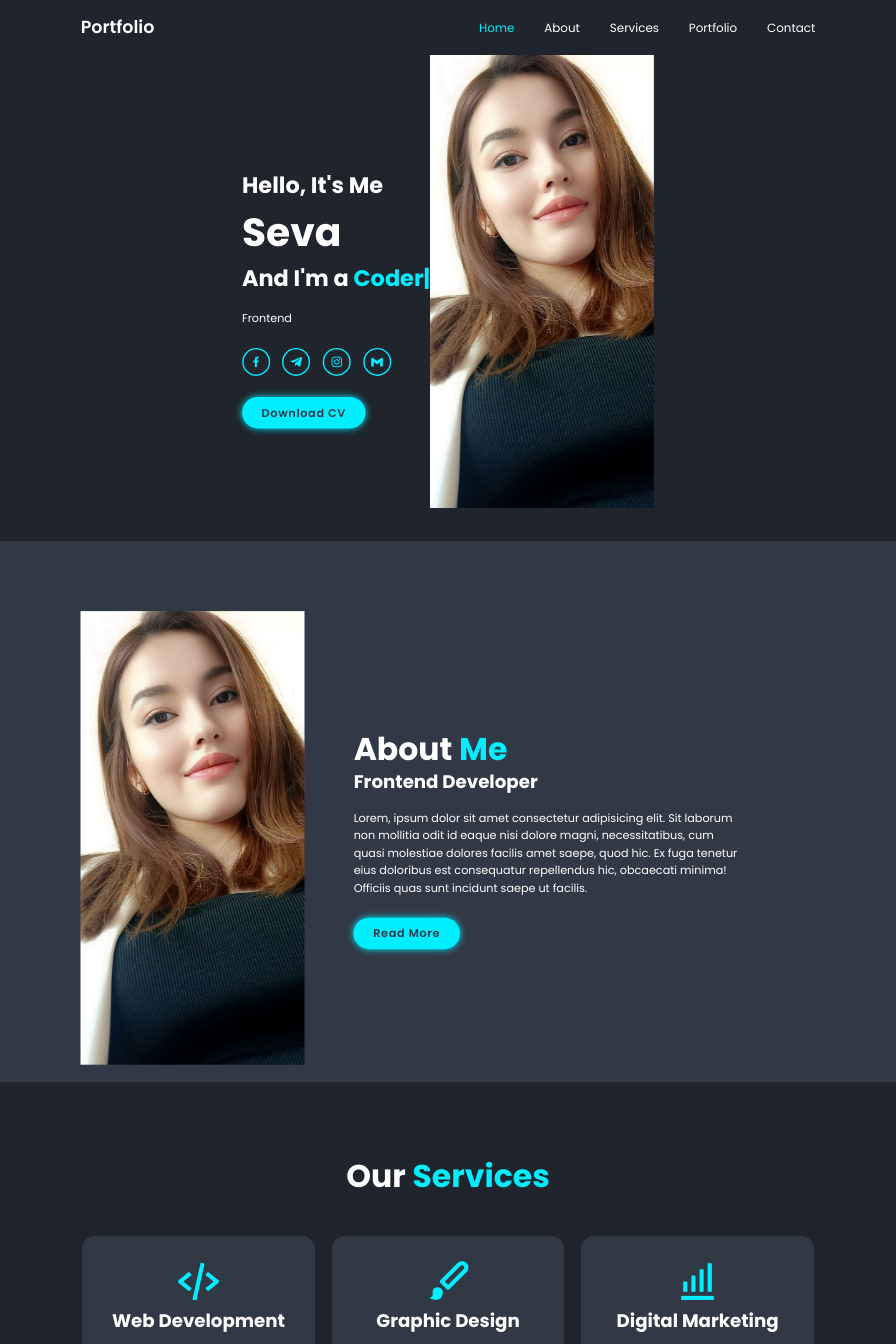
Repository: Seva2705/portfolio
Page: index.html
These files come from the project's save history. The page is drawn as it stood at one moment and after the next save; the edit follows.
The browser window is 1280 px wide. The pictures show the part of the page from y = 0 to 1920 px (the page is 3816 px tall), at 70% of full size.
A picture or video elsewhere on the page could not be fetched, so the positions and the page height are approximate.

Above is the page before, as saved 2023-10-21 00:10:35.

### index.html
<!DOCTYPE html>
<html lang="en">
<head>
    <meta charset="UTF-8">
    <meta http-equiv="X-UA-Compatible" content="IE=edge">
    <meta name="viewport" content="width=device-width, initial-scale=1.0">
    <title>Personal Portfolio</title>
     <!-- Boxicons styles -->
    <link href='https://unpkg.com/boxicons@2.1.4/css/boxicons.min.css' rel='stylesheet'>

    <!-- Css -->
    <link rel="stylesheet" href="style.css">
</head>
<body>
    <header class="header">
        <a href="" class="logo">Portfolio</a>

        <i class='bx bx-menu' id="menu-icon"></i>

        <nav class="navbar">
            <a href="#home" class="active">Home</a>
            <a href="#about">About</a>
            <a href="#services">Services</a>
            <a href="#portfolio">Portfolio</a>
            <a href="#contact">Contact</a>
        </nav>
    </header>

    <!-- Home section design -->
    <section class="home" id="home">
        <div class="home-content">
            <h3>Hello, It's Me</h3>
            <h1>Seva</h1>
            <h3>And I'm a <span class="multiple-text"></span></h3>
            <p class="description">Frontend </p>
            <div class="social-media">
                <a href="https://www.facebook.com/profile.php?id=100076166348458"><i class='bx bxl-facebook'></i></a>
                <a href="https://t.me/Seva_2705"><i class='bx bxl-telegram'></i></a>
                <a href="https://www.instagram.com/seva___027"><i class='bx bxl-instagram'></i></a>
                <a href="mailto:sevakodirova2705@mail.ru"><i class='bx bxl-gmail'></i></a>
            </div>
            <a href="images/Кодирова Севинч Гайратовна(Web).pdf" class="btn"> Download CV</a>
        </div>
        <div class="home-img">
            <img src="images/2.jpg" alt="" class="image">
        </div>
    </section>

    <!-- About section design -->
    <section class="about" id="about">
        <div class="about-img">
            <img src="images/2.jpg" alt="">
        </div>
        <div class="about-content">
            <h2 class="heading">About <span>Me</span></h2>
            <h3>Frontend Developer</h3>
            <p>Lorem, ipsum dolor sit amet consectetur adipisicing elit. Sit laborum non mollitia odit id eaque nisi dolore magni, necessitatibus, cum quasi molestiae dolores facilis amet saepe, quod hic. Ex fuga tenetur eius doloribus est consequatur repellendus hic, obcaecati minima! Officiis quas sunt incidunt saepe ut facilis.</p>
            <a href="#" class="btn">Read More</a>
        </div>
    </section>

    <!-- services section design -->
    <section class="services" id="services">
        <h2 class="heading">Our <span>Services</span></h2>

        <div class="services-container">
            <div class="services-box">
                <i class='bx bx-code-alt'></i>
                <h3>Web Development</h3>
                <p>Lorem ipsum, dolor sit amet consectetur adipisicing elit. Eveniet assumenda quasi expedita maiores sequi enim iusto aliquid architecto aspernatur impedit!</p>
                <a href="#" class="btn">Read More</a>
            </div>
            <div class="services-box">
                <i class='bx bxs-paint'></i>
                <h3>Graphic Design</h3>
                <p>Lorem ipsum, dolor sit amet consectetur adipisicing elit. Eveniet assumenda quasi expedita maiores sequi enim iusto aliquid architecto aspernatur impedit!</p>
                <a href="#" class="btn">Read More</a>
            </div>
            <div class="services-box">
                <i class='bx bx-bar-chart-alt'></i>
                <h3>Digital Marketing</h3>
                <p>Lorem ipsum, dolor sit amet consectetur adipisicing elit. Eveniet assumenda quasi expedita maiores sequi enim iusto aliquid architecto aspernatur impedit!</p>
                <a href="#" class="btn">Read More</a>
            </div>
        </div>
    </section>

    <!-- Portfolio section design -->
    <section class="portfolio" id="portfolio">
        <h2 class="heading">Latest <span>Project</span></h2>

        <div class="portfolio-container">
            <div class="portfolio-box">
                <img src="images/cinema.jpg" alt="">
                <div class="portfolio-layer">
                    <h4>Vue Cinemas</h4>
                    <a href="https://seva2705.github.io/VueCinemas/"><i class='bx bx-link-external'></i></a>
                </div>
            </div>
            <div class="portfolio-box">
                <img src="images/AirPods-Pro.jpg" alt="">
                <div class="portfolio-layer">
                    <h4>Airpods-Pro</h4>
                    <a href="https://seva2705.github.io/Airpods-Pro/"><i class='bx bx-link-external'></i></a>
                </div>
            </div>
            <div class="portfolio-box">
                <img src="images/creative-scroll.jpg" alt="">
                <div class="portfolio-layer">
                    <h4>Creative-Scroll</h4>
                    <a href="https://seva2705.github.io/creative-scroll/"><i class='bx bx-link-external'></i></a>
                </div>
            </div>
            <div class="portfolio-box">
                <img src="images/web6.jpg" alt="">
                <div class="portfolio-layer">
                    <h4>Web Design</h4>
                    <p>Lorem ipsum dolor sit amet consectetur adipisicing elit. Tempore, aspernatur.</p>
                    <a href="#"><i class='bx bx-link-external'></i></a>
                </div>
            </div>
            <div class="portfolio-box">
                <img src="images/web5.jpg" alt="">
                <div class="portfolio-layer">
                    <h4>Web Design</h4>
                    <p>Lorem ipsum dolor sit amet consectetur adipisicing elit. Tempore, aspernatur.</p>
                    <a href="#"><i class='bx bx-link-external'></i></a>
                </div>
            </div>
            <div class="portfolio-box">
                <img src="images/web6.jpg" alt="">
                <div class="portfolio-layer">
                    <h4>Web Design</h4>
                    <p>Lorem ipsum dolor sit amet consectetur adipisicing elit. Tempore, aspernatur.</p>
                    <a href="#"><i class='bx bx-link-external'></i></a>
                </div>
            </div>
        </div>
    </section>

    <!-- Contact section design -->
    <section class="contact" id="contact">
        <h2 class="heading">Contact <span>Me!</span></h2>

        <form action="#">
            <div class="input-box">
                <input type="text" placeholder="Full Name">
                <input type="email" placeholder="Email Address">
            </div>
            <div class="input-box">
                <input type="number" placeholder="Mobile Number">
                <input type="text" placeholder="Email Subject">
            </div>
            <textarea name="" id="" cols="30" rows="10" placeholder="Your Message"></textarea>
            <input type="submit" value="Send Message" class="btn">
        </form>
    </section>

    <!-- Footer section design -->
    <footer class="footer">
        <div class="footer-text">
            <p>Copyright &copy; 2023 by Codehal | All Rights Reserved</p>
        </div>

        <div class="footer-iconTop">
            <a href="#home"><i class='bx bx-up-arrow-alt'></i></a>
        </div>
    </footer>

    <!-- scroll reveal -->
    <script src="https://unpkg.com/scrollreveal"></script>
    <!-- typed js -->
    <script src="https://unpkg.com/typed.js@2.0.16/dist/typed.umd.js"></script>

    <!-- Js -->
    <script src="script.js"></script>
</body>
</html>

### style.css
@import url('https://fonts.googleapis.com/css2?family=Poppins:wght@300;400;500;600;700;800;900&display=swap');

* {
    margin: 0;
    padding: 0;
    box-sizing: border-box;
    text-decoration: none;
    border: none;
    outline: none;
    scroll-behavior: smooth;
    font-family: 'Poppins', sans-serif;
}

:root {
    --bg-color: #1f242d;
    --second-bg-color: #323946;
    --text-color: #fff;
    --text-color: #fff;
    --main-color: #0ef;
}

html {
    font-size: 62.5%;
    overflow-x: hidden;
}

body {
    background: var(--bg-color);
    color: var(--text-color);
}

section {
    min-height: 100vh;
    padding: 10rem 9% 2rem;
}

.header {
    position: fixed;
    top: 0;
    left: 0;
    width: 100%;
    padding: 2rem 9%;
    background: var(--bg-color);
    display: flex;
    justify-content: space-between;
    align-items: center;
    z-index: 100;
}

.header.sticky {
    border-bottom: .1rem solid rgba(0,0,0,.2);
}

.logo {
    font-size: 2.5rem;
    font-weight: 600;
    cursor: default;
    color: var(--text-color);
}

.navbar a {
    font-size: 1.7rem;
    color: var(--text-color);
    margin-left: 4rem;
    transition: .3s ease;
}

.navbar a:hover, .navbar a.active {
    color: var(--main-color);
}

#menu-icon {
    font-size: 3.6rem;
    color: var(--text-color);
    display: none;

}

.home {
    display: flex;
    justify-content: center;
    align-items: center;

}

 .image {
    height: 90vh;
}

.home-img img {
    width: 25vw;
    animation: floatImage 4s ease-in-out infinite;

}

@keyframes floatImage {
    0% {
        transform: translateY(0);
    }

    50% {
        transform: translateY(-2.4rem);
    }

    100% {
        transform: translateY(0);
    }
}

.home-content h3 {
    font-size: 3.2rem;
    font-weight: 700;
}

.home-content h3:nth-of-type(2) {
    margin-bottom: 2rem;
}

span {
    color: var(--main-color);
}

.home-content h1 {
    font-size: 5.6rem;
    font-weight: 700;
    margin: 1.3;
}

.home-content p {
    font-size: 1.6rem;
}

.social-media a {
    display: inline-flex;
    justify-content: center;
    align-items: center;
    width: 4rem;
    height: 4rem;
    background: transparent;
    border: .2rem solid var(--main-color);
    border-radius: 50%;
    font-size: 2rem ;
    color: var(--main-color);
    margin: 3rem 1.5rem 3rem 0;
    transition: .5s ease;
}

.social-media a:hover {
    background: var(--main-color);
    color: var(--second-bg-color);
    box-shadow: 0 0 1rem var(--main-color);
}

.btn {
    display: inline-block;
    background: var(--main-color);
    padding: 1rem 2.8rem;
    border-radius: 4rem;
    box-shadow: 0 0 1rem var(--main-color);
    font-size: 1.6rem;
    color: var(--second-bg-color);
    letter-spacing: .1rem;
    font-weight: 600;
    transition: .3s ease;
}

.btn:hover {
    box-shadow: none;
}

.about {
    display: flex;
    justify-content: center;
    align-items: center;
    gap: 2rem;
    background: var(--second-bg-color);
}

.about-img img {
    width: 25vw;
    height: 90vh;
}

.heading {
    text-align: center;
    font-size: 4.5rem;
}

.about-content {
    margin-left: 5rem;
}

.about-content h2 {
    text-align: left;
    line-height: 1.2;


}

.about-content p {
    font-size: 1.6rem;
    margin: 2rem 0 3rem;
    width: 85%;
}

.about-content h3 {
    font-size: 2.6rem;
}

.services h2 {
    margin-bottom: 5rem;
}

.services-container {
    display: flex;
    justify-content: center;
    align-items: center;
    flex-wrap: wrap;
    gap: 2rem;
}

.services-container .services-box {
    flex: 1 1 30rem;
    background: var(--second-bg-color);
    padding: 3rem 2rem 4rem;
    border-radius: 2rem;
    text-align: center;
    border: .2rem solid var(--bg-color);
    transition: .5s ease;

}

.services-container .services-box:hover {
    border-color: var(--main-color);
    transform: scale(1.02);
}

.services-box i {
    font-size: 7rem;
    color: var(--main-color);
}

.services-box h3 {
    font-size: 2.6rem;

}

.services-box p {
    font-size: 1.6rem;
    margin: 1rem 0 3rem;
}

.portfolio {
    background: var(--second-bg-color);
}

.portfolio h2 {
    margin-bottom: 4rem;
}

.portfolio-container {
    display: grid;
    grid-template-columns: repeat(3, 1fr);
    gap: 2.5rem;
    align-items: center;
}

.portfolio-container .portfolio-box {
    position: relative;
    border-radius: 2rem;
    box-shadow: 0 0 1rem var(--bg-color);
    overflow: hidden;
    display: flex;
}

.portfolio-box img {
    width: 100%;
    transition: .5s ease;
}

.portfolio-box:hover img {
    transform: scale(1.1);
}



.portfolio-box .portfolio-layer {
    position: absolute;
    bottom: 0;
    left: 0;
    width: 100%;
    height: 100%;
    background: linear-gradient(rgba(0,0,0,.1), var(--main-color));
    display: flex;
    justify-content: center;
    align-items: center;
    flex-direction: column;
    text-align: center;
    padding: 0 4rem;
    transform: translateY(100%);
    transition: .5s ease;
}

.portfolio-box:hover .portfolio-layer {
    transform: translateY(0);
}

.portfolio-layer h4 {
    font-size: 3rem;

}

.description {
    width: 90%;
}

.portfolio-layer p {
    font-size: 1.6rem;
    margin: .3rem 0 1rem  ;
}

.portfolio-layer a {
    display: inline-flex;
    justify-content: center;
    align-items: center;
    width: 5rem;
    height: 5rem;
    background: var(--text-color);
    border-radius: 50%;
}

.portfolio-layer a i {
    font-size: 2rem;
    color: var(--second-bg-color);
}

.contact h2 {
    margin-bottom: 3rem;
}

.contact form {
    min-width: 70rem;
    margin: 1rem auto;
    text-align: center;
    margin-bottom: 3rem;
}



.contact form .input-box {
    display: flex;
    justify-content: space-between;
    flex-wrap: wrap;
}

.contact form .input-box input,
.contact form textarea {
    width: 100%;
    padding: 1.5rem;
    font-size: 1.6rem;
    color: var(--text-color);
    background: var(--second-bg-color);
    border-radius: .8rem;
    margin: .7rem 0;
}

.contact form .input-box input {
    width: 49%;

}

.contact form textarea {
    resize: none;
}

.contact form .btn {
    margin-top: 2rem;
    cursor: pointer;
}

.footer {
    display: flex;
    justify-content: space-between;
    align-items: center;
    flex-wrap: wrap;
    padding: 2rem 9%;
    background: var(--second-bg-color);
}

.footer-text p {
    font-size: 1.6rem;
}

.footer-iconTop a {
    display: inline-flex;
    justify-content: center;
    align-items: center;
    padding: .8rem;
    background: var(--main-color);
    border-radius: .8rem;
    transition: .5s ease;

}

.footer-iconTop a:hover {
    box-shadow: 0 0 1rem var(--main-color);
}

.footer-iconTop a i {
    font-size: 2.4rem;
    color: var(--second-bg-color);
}

/* breakpoints */
@media screen and (max-width: 1200px) {
   html {
         font-size: 55%;
   }
}
@media screen and (max-width: 991px) {
   .header {
         padding: 2rem 3%;
   }

   section {
         padding: 10rem 3% 2rem;
   }

   .services {
    padding-bottom: 7rem;
   }

   .portfolio {
    padding-bottom: 7rem;
   }

   .contact {
    min-height: auto;
   }

   .footer {
    padding: 2rem 3%;
   }


}

@media screen and (max-width: 768px) {
    #menu-icon {
        display: block;
    }

    .navbar {
        position: absolute;
        top: 100%;
        left: 0;
        width: 100%;
        padding: 1rem 3%;
        background: var(--bg-color);
        border-top: .1rem solid rgba(0,0,0,.2);
        box-shadow: 0 .5rem 1rem rgba(0,0,0,.2);
        display: none;
    }

    .navbar.active {
        display: block;
    }

    .navbar a {
        display: block;
        font-size: 2rem;
        margin: 3rem 0;
    }

    .home {
        flex-direction: column;
    }

    .home-content h3 {
        font-size: 2.6rem;
    }

    .home-content h1 {
        font-size: 5rem;
    }

    .home-img img {
        width: 70vw;
        margin-top: 4rem;
    }

    .about {
        flex-direction: column-reverse;
    }

    .about img {
        width: 70vw;
        margin-top: 4rem;
    }

    .services h2 {
        margin-bottom: 3rem;

    }

    .portfolio h2 {
        margin-bottom: 3rem;
    }

    .portfolio-container {
        grid-template-columns: repeat(2, 1fr);
    }
}



@media screen and (max-width: 617px) {

    .portfolio-container {
        grid-template-columns: 1fr;
    }

}

@media screen and (max-width: 450px) {
    html {
        font-size: 50%;
    }

    .contact form .input-box input {
        width: 100%;
    }
}

@media screen and (max-width: 365px) {
    .home-img img {
        width: 90vw;
    }

    .about-img img {
        width: 90vw;
    }

    .footer {
        flex-direction: column-reverse;
    }

    .footer p {
        text-align: center;
        margin-top: 2rem;
    }
}

### script.js
/* toggle icon navbar */
let menuIcon = document.querySelector('#menu-icon');
let navbar = document.querySelector('.navbar');

menuIcon.onclick = () => {
    menuIcon.classList.toggle('bx-x');
    navbar.classList.toggle('active');
}



/* scroll sections acrive link */

let sections = document.querySelectorAll('section');
let navLinks = document.querySelectorAll('header nav a');

window.onscroll = () => {
    sections.forEach(sec => {
        let top = window.scrollY;
        let offset = sec.offsetTop - 150;
        let height = sec.offsetHeight;
        let id = sec.getAttribute('id');

        if(top >= offset && top < offset + height) {
            navLinks.forEach(links => {
                links.classList.remove('active');
                document.querySelector('header nav a[href*=' + id + ']').classList.add('active');
            })
        }
    });
    /* sticky navbar */
    let header = document.querySelector('header');


    header.classList.toggle('sticky', window.scrollY > 100);

    /* remove toggle icon and navbar when navbar link (scroll) */
    menuIcon.classList.remove('bx-x');
    navbar.classList.remove('active');

}


/* scroll reveal */
ScrollReveal({
    /* reset: true, */
    distance: '80px',
    duration: 2000,
    delay: 200

});

ScrollReveal().reveal('.home-content, .heading', { origin: 'top' });
ScrollReveal().reveal('.home-img, .services-container, .portfolio-box, contact form ', { origin: 'bottom' });
ScrollReveal().reveal('.home-content h1, .about-img ', { origin: 'left' });
ScrollReveal().reveal('.home-content p, .about-content ', { origin: 'right' });


/* typed js */
const typed = new Typed('.multiple-text', {
    strings: ['Frontend Developer', 'Coder', 'Programmer'],
    typeSpeed: 100,
    backSpeed: 100,
    backDelay: 1000,
    loop: true
})

After the next save:
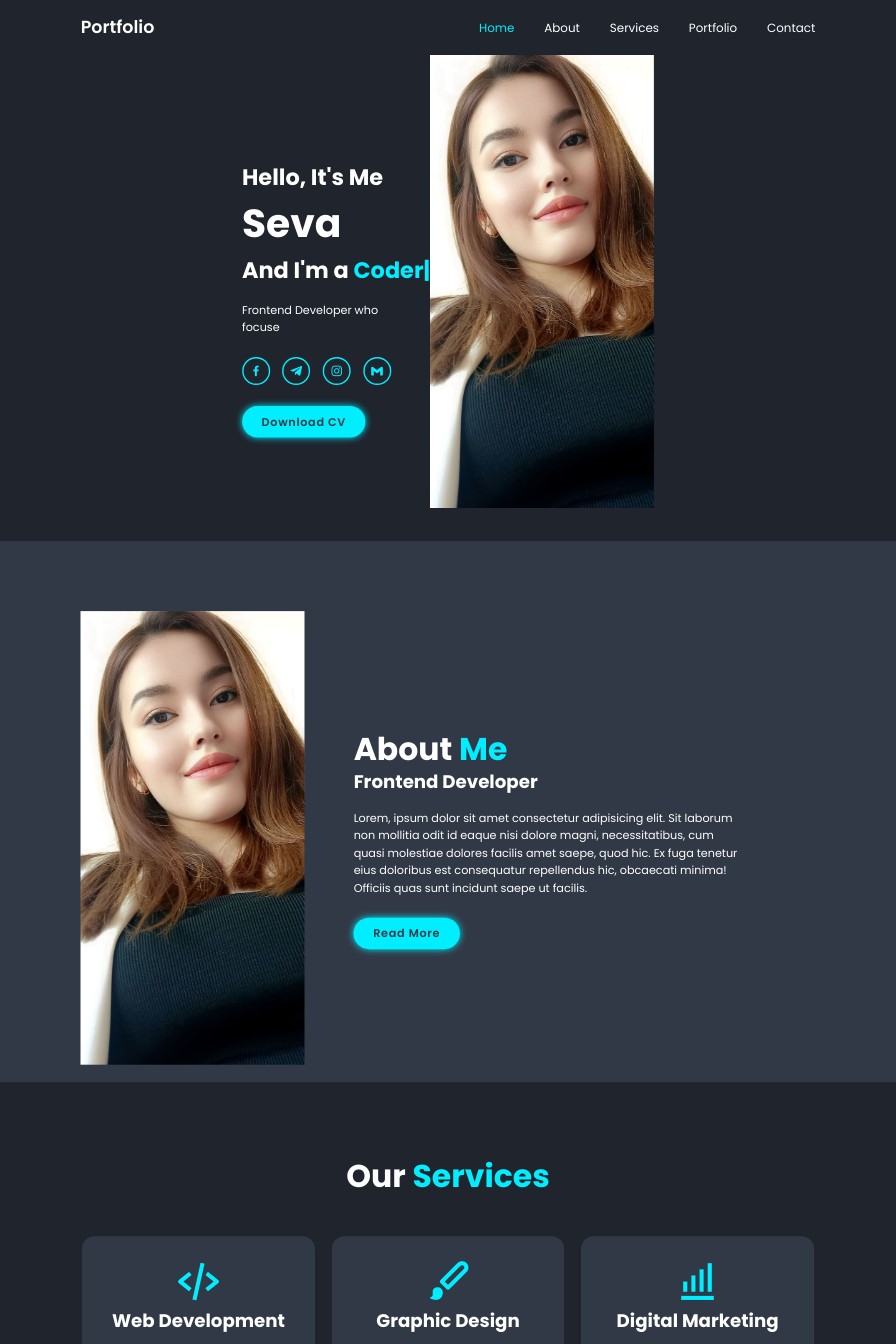
Saved 7 s later.
--- a/index.html
+++ b/index.html
@@ -32,7 +32,7 @@
             <h3>Hello, It's Me</h3>
             <h1>Seva</h1>
             <h3>And I'm a <span class="multiple-text"></span></h3>
-            <p class="description">Frontend </p>
+            <p class="description">Frontend Developer who focuse</p>
             <div class="social-media">
                 <a href="https://www.facebook.com/profile.php?id=100076166348458"><i class='bx bxl-facebook'></i></a>
                 <a href="https://t.me/Seva_2705"><i class='bx bxl-telegram'></i></a>
